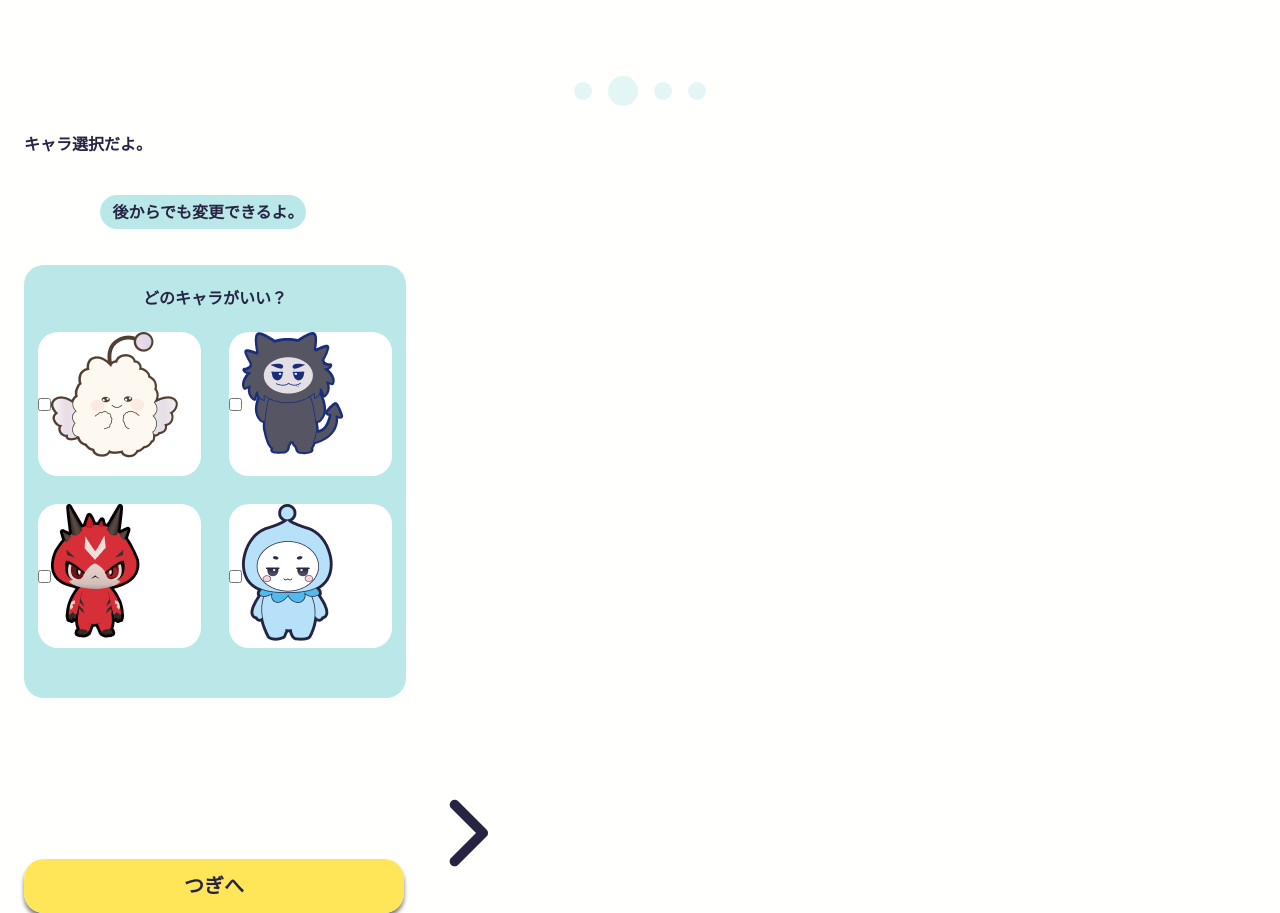
Repository: misaki0919/Self-care
Page: character.html
An editor plug-in stored every save of this project. The page is shown before and after the next save, followed by the edit.
The browser window is 1280 px wide. The pictures show the whole page.
Some web fonts or font styles are not loaded; a fallback is used.

Above is the page before, as saved 2026-07-19 10:44:09.

After the next save:
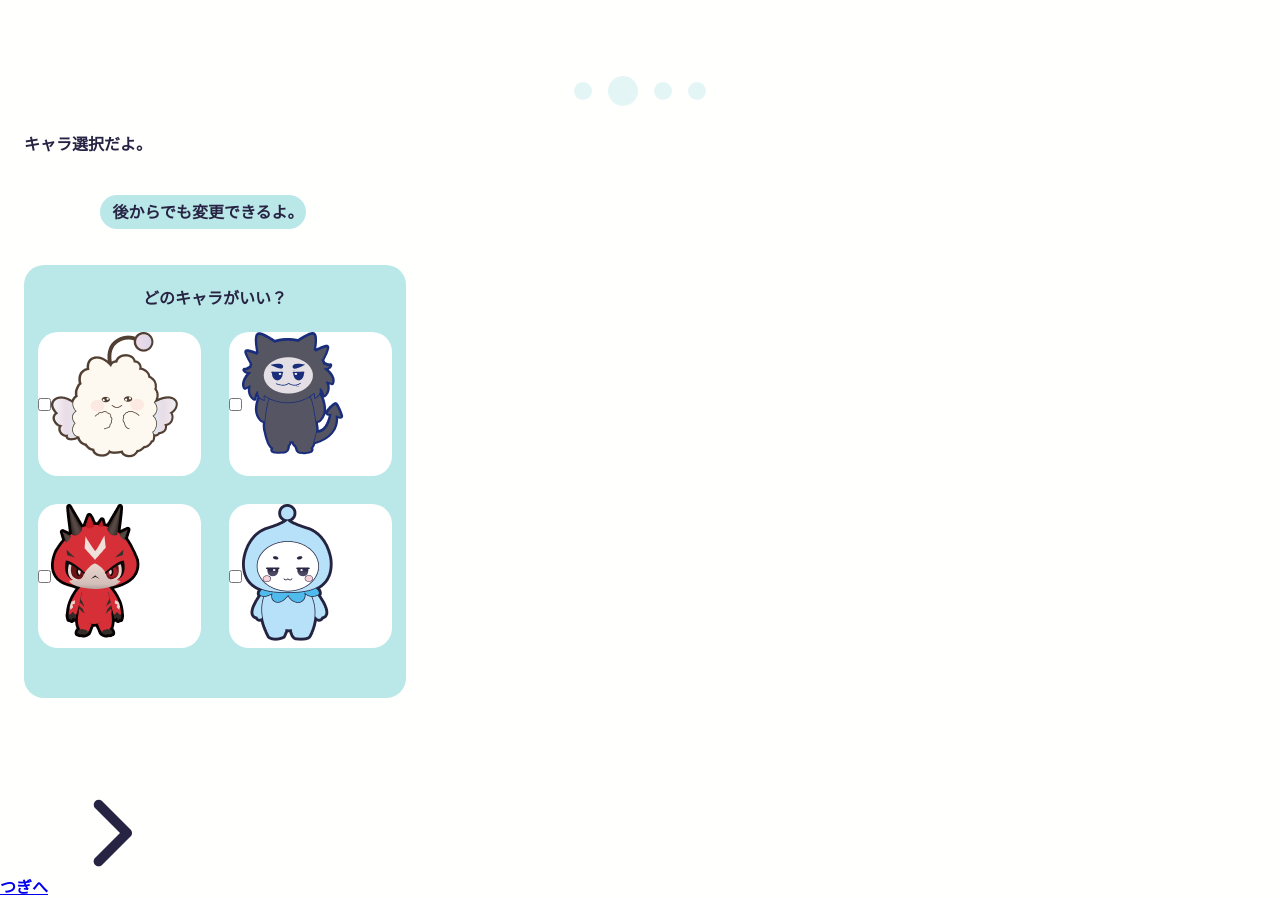
Saved 28 s later.
--- a/css/character.css
+++ b/css/character.css
@@ -120,15 +120,16 @@
             padding: 10px 10px;
         } */
     }
-
-.next{
-    margin-left: 24px;
-    font-size: 20px;
-    background-color: #FFE558;
-    border-radius: 20px;
-    padding: 16px 160px;
-    text-align: center;
-    text-decoration: none;
-    color: #272343;
-    box-shadow: #7b7b7b 0px 4px 4px 0px;
+images-wrap{
+    .next{
+        margin-left: 24px;
+        font-size: 20px;
+        background-color: #FFE558;
+        border-radius: 20px;
+        padding: 16px 160px;
+        text-align: center;
+        text-decoration: none;
+        color: #272343;
+        box-shadow: #7b7b7b 0px 4px 4px 0px;
+    }
 }

After the save that followed:
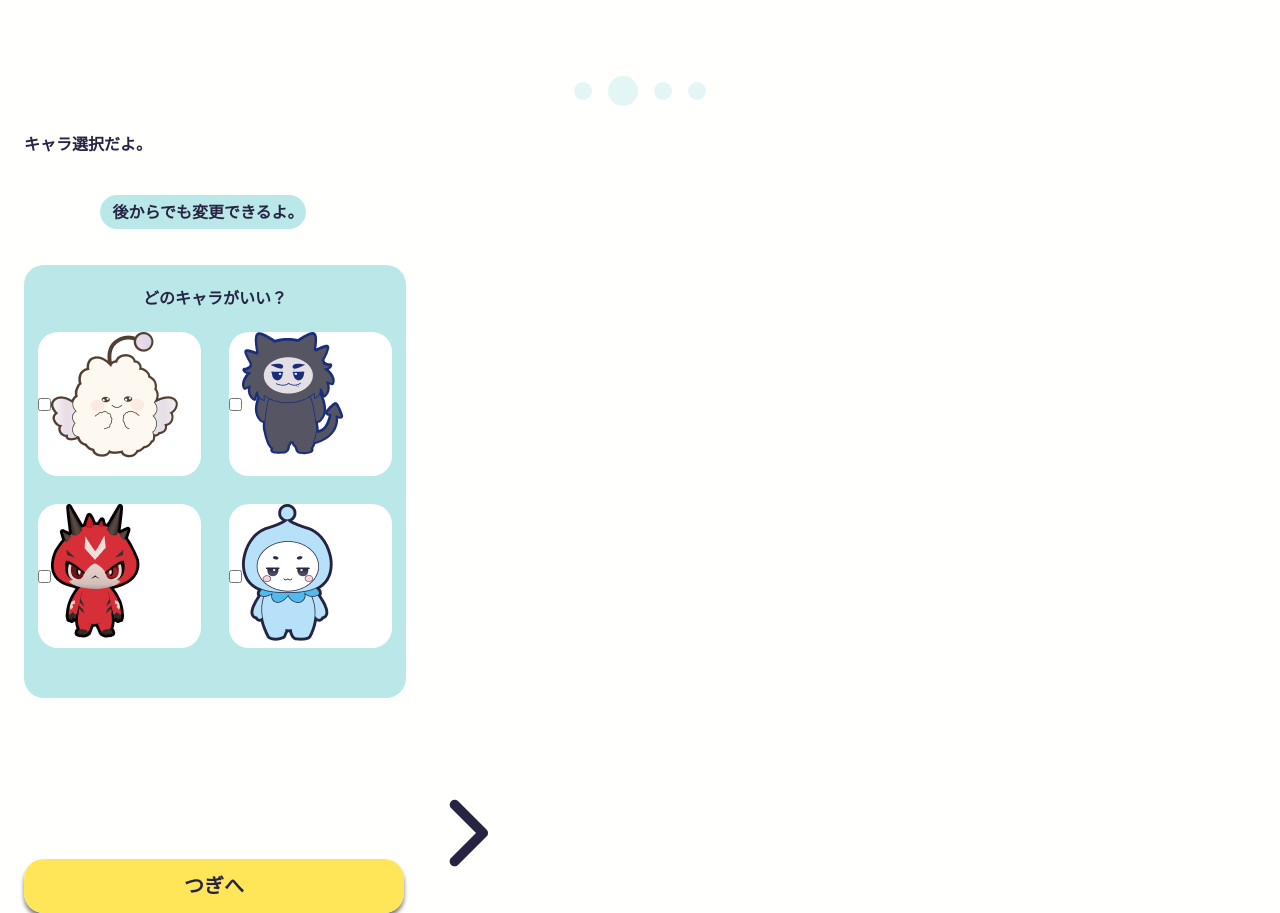
Saved 9 s later.
--- a/css/character.css
+++ b/css/character.css
@@ -121,15 +121,16 @@
         } */
     }
 images-wrap{
-    .next{
-        margin-left: 24px;
-        font-size: 20px;
-        background-color: #FFE558;
-        border-radius: 20px;
-        padding: 16px 160px;
-        text-align: center;
-        text-decoration: none;
-        color: #272343;
-        box-shadow: #7b7b7b 0px 4px 4px 0px;
-    }
+
 }
+.next{
+    margin-left: 24px;
+    font-size: 20px;
+    background-color: #FFE558;
+    border-radius: 20px;
+    padding: 16px 160px;
+    text-align: center;
+    text-decoration: none;
+    color: #272343;
+    box-shadow: #7b7b7b 0px 4px 4px 0px;
+}
